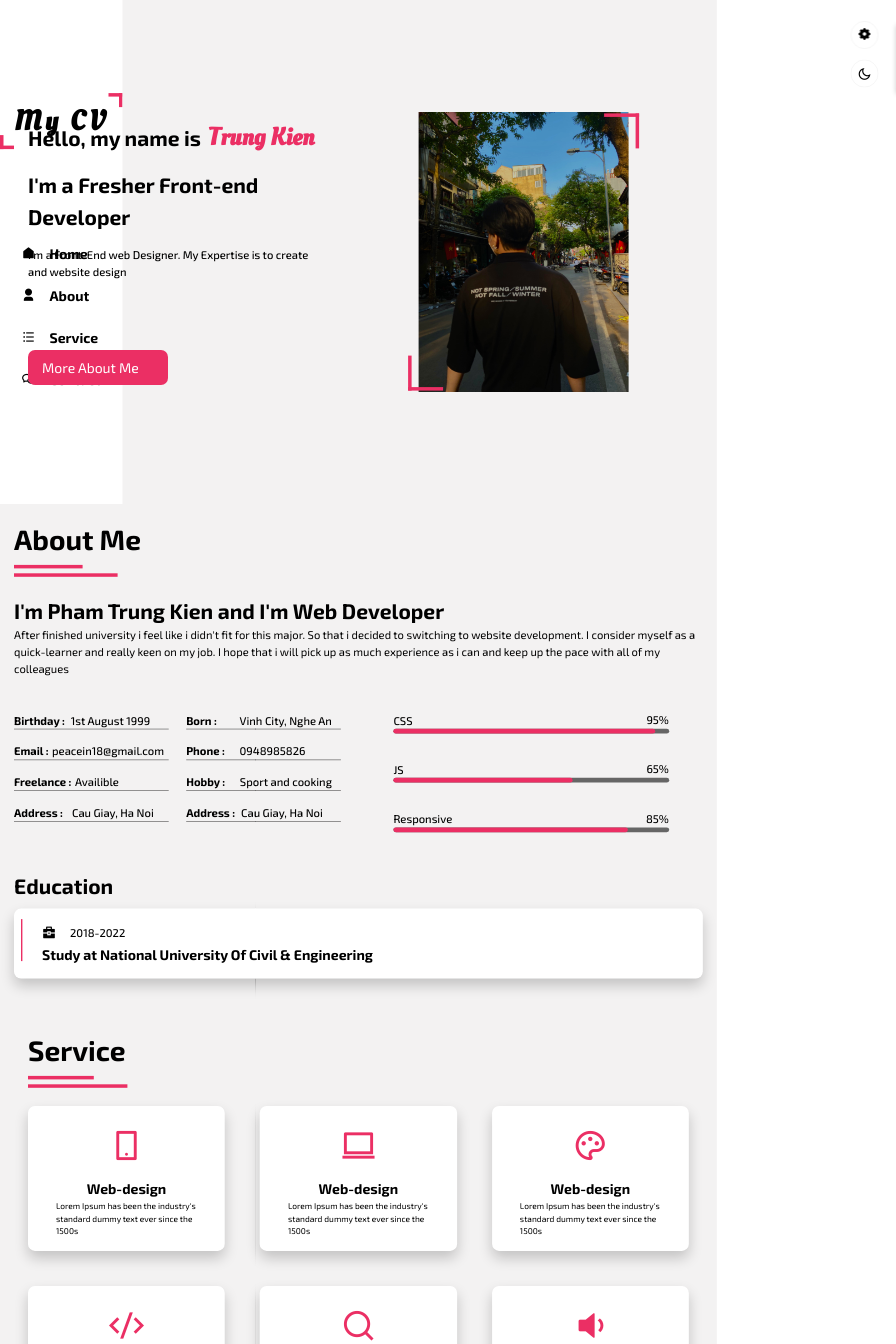
Repository: kien181999/First-Project
Page: index.html
An editor plug-in stored every save of this project. The page is shown before and after the next save, followed by the edit.
The browser window is 1280 px wide. The pictures show the part of the page from y = 0 to 1920 px (the page is 2917 px tall), at 70% of full size.
The style sheet was rebuilt from its Sass, Less or Tailwind sources for each picture, by a compiler version that may differ from the author's.

Above is the page before, as saved 2022-06-05 00:45:31.

After the next save:
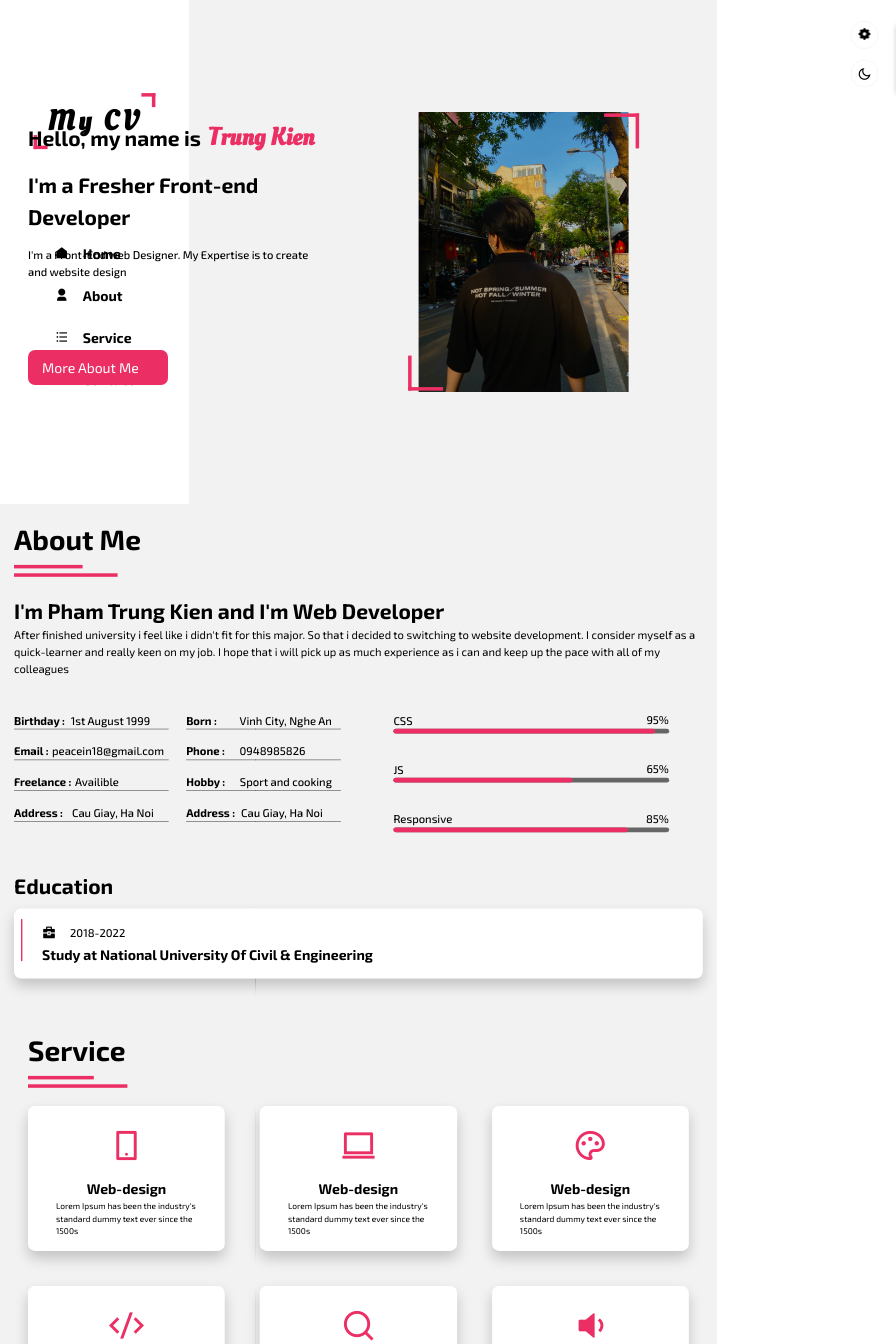
Saved 10 s later.
--- a/sass/_sidebar.scss
+++ b/sass/_sidebar.scss
@@ -7,7 +7,7 @@
     display: flex;
     flex-direction: column;
     justify-content: space-evenly;
-
+    width: 270px;
     align-items: center;
     &-title{
         display: block;
